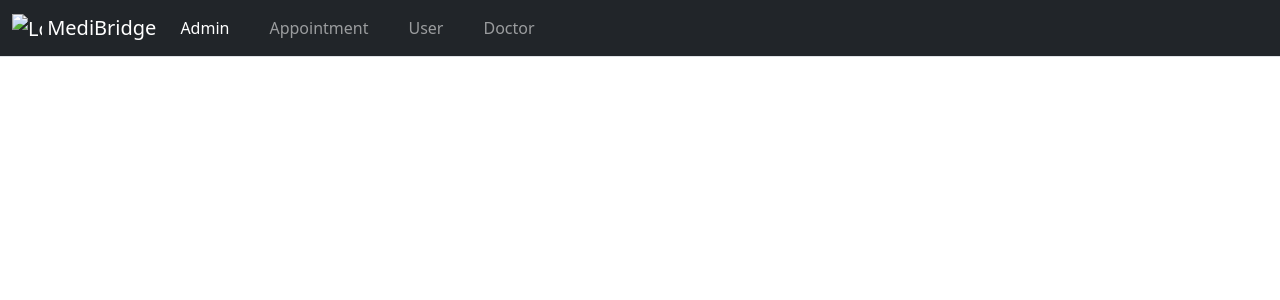
Repository: Abhinavan2004/MediBridge-hms
Page: http://localhost/Hospital_Management_System/User.jsp
An editor plug-in stored every save of this project. The page is shown before and after a run of saves, followed by the edit.
The browser window is 1280 px wide. The pictures show the whole page.
The page is served by Tomcat 9.

Above is the page before, as saved 2025-07-12 22:05:40.

After the next 2 saves:
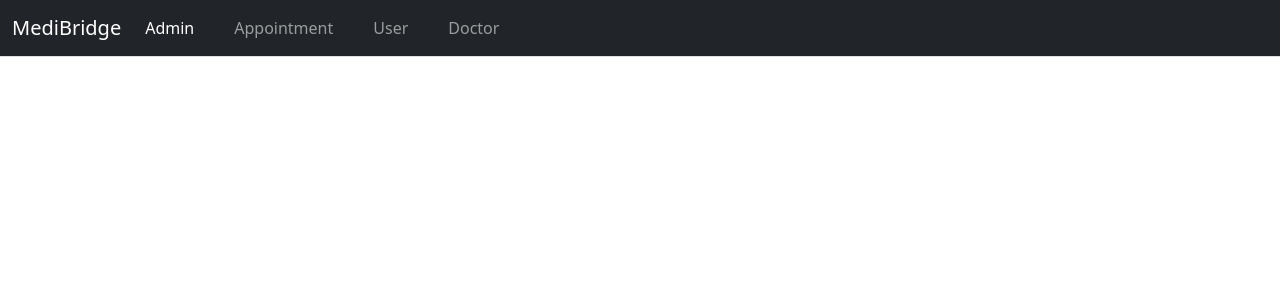
The 2 saves are shown as one change because they came seconds apart.
The last was saved 13 h 8 min later.
--- a/Hospital_Management_System/src/main/webapp/components/navbar.jsp
+++ b/Hospital_Management_System/src/main/webapp/components/navbar.jsp
@@ -11,7 +11,7 @@
 <nav class="navbar navbar-expand-lg navbar-dark bg-dark border-bottom">
     <div class="container-fluid">
         <a class="navbar-brand" href="#">
-            <img src="#" alt="Logo" width="30" height="24" class="d-inline-block align-text-top">
+                <i class="fa-solid fa-user"></i>
             MediBridge
         </a>
 
@@ -35,7 +35,6 @@
                 <li class="nav-item me-4">
                     <a class="nav-link" href="Doctor.jsp">Doctor</a>
                 </li>
-                <i class="fa-solid fa-user"></i>
             </ul>
         </div>
     </div>
